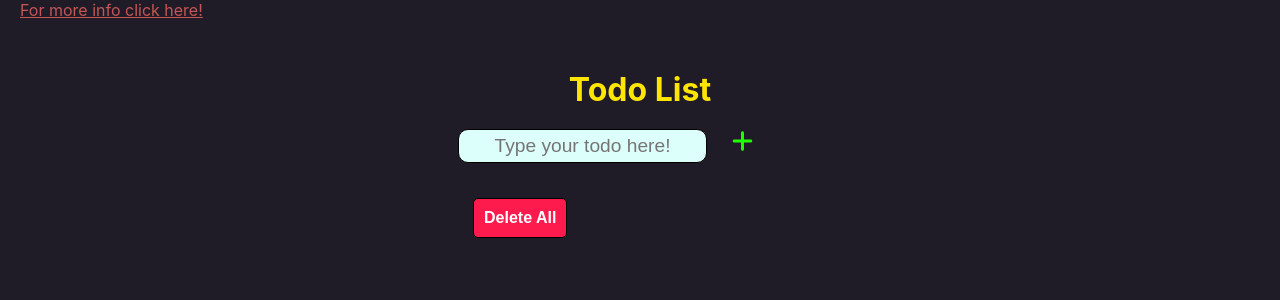
Repository: badhon252/todo-app
Page: /
The author's editor kept a copy of each file at every save. The page is drawn from the files as they stood at one save, then again after the next save.
The browser window is 1280 px wide. The pictures show the whole page.
The project was rebuilt for these pictures with package versions that can differ from the ones it lists, and the page was loaded fresh each time.

Above is the page before, as saved 2022-01-26 23:14:48.

### public/index.html
<!DOCTYPE html>
<html lang="en">

<head>
  <meta charset="utf-8" />
  <link rel="icon" href="%PUBLIC_URL%/favicon.ico" />
  <meta name="viewport" content="width=device-width, initial-scale=1" />
  <meta name="theme-color" content="#000000" />
  <meta name="description" content="Web site created using create-react-app" />
  <link rel="apple-touch-icon" href="%PUBLIC_URL%/logo192.png" />

  <link rel="manifest" href="%PUBLIC_URL%/manifest.json" />

  <link rel="stylesheet" href="https://cdnjs.cloudflare.com/ajax/libs/font-awesome/5.15.4/css/all.min.css"
    integrity="sha512-1ycn6IcaQQ40/MKBW2W4Rhis/DbILU74C1vSrLJxCq57o941Ym01SwNsOMqvEBFlcgUa6xLiPY/NS5R+E6ztJQ=="
    crossorigin="anonymous" referrerpolicy="no-referrer" />
  <title>React App</title>
</head>

<body>
  <noscript>You need to enable JavaScript to run this app.</noscript>
  <div id="root"></div>
  <!--
      This HTML file is a template.
      If you open it directly in the browser, you will see an empty page.

      You can add webfonts, meta tags, or analytics to this file.
      The build step will place the bundled scripts into the <body> tag.

      To begin the development, run `npm start` or `yarn start`.
      To create a production bundle, use `npm run build` or `yarn build`.
    -->
</body>

</html>

### src/App.js
import Todo from "./components/Todo";

function App() {
  return (
    <div className="App">
      <Todo />
    </div>
  );
}

export default App;

### src/components/Todo.js
import React, { useState, useEffect } from "react";
import { FontAwesomeIcon } from "@fortawesome/react-fontawesome";
import { faTrash, faEdit, faAdd } from "@fortawesome/free-solid-svg-icons";
import "../Styles/style.css";

const getLocalData = () => {
  const lists = localStorage.getItem("myTodoLists");

  if (lists) {
    return JSON.parse(lists);
  } else {
    return [];
  }
};

const Todo = () => {
  const [inputItems, setInputItems] = useState("");
  const [todo, setTodo] = useState(getLocalData());
  const [isEditItem, setIsEditItem] = useState("");
  const [toggleButton, setToggleButton] = useState(false);
  //   Adding Items ============
  const addItems = () => {
    if (!inputItems) {
      alert("Your input field is blank!!");
    } else if (inputItems && toggleButton) {
      setTodo(
        todo.map((curElem) => {
          if (curElem.id === isEditItem) {
            return { ...curElem, name: inputItems };
          }
          return curElem;
        })
      );
      setInputItems("");
      setIsEditItem(null);
      setToggleButton(false);
    } else {
      const myNewInput = {
        id: new Date().getTime().toString(),
        name: inputItems,
      };
      setTodo((e) => [...todo, myNewInput]);
      setInputItems("");
    }
  };

  //   edit items =======
  const editItem = (index) => {
    const itemTodoEdited = todo.find((curElem) => {
      return curElem.id === index;
    });
    setInputItems(itemTodoEdited.name);
    setIsEditItem(index);
    setToggleButton(true);
  };

  //   Deleting items ==========

  const handleDelete = (index) => {
    const updateItems = todo.filter((current) => {
      return current.id !== index;
    });
    setTodo(updateItems);
  };

  useEffect(() => {
    localStorage.setItem("myTodoLists", JSON.stringify(todo));
  }, [todo]);

  return (
    <>
      <div>
        <a href="https://github.com/khalidhossainbadhon/todo-app">
          For more info click here!
        </a>
      </div>

      <div className="main-div">
        <h1>Todo List</h1>
        <div className="inputs">
          <input
            type="text"
            name=""
            id="input-box"
            placeholder="Type your todo here!"
            value={inputItems}
            onChange={(e) => setInputItems(e.target.value)}
          />
          {toggleButton ? (
            <FontAwesomeIcon
              icon={faEdit}
              size="6x"
              className="add-btn edit"
              onClick={addItems}
            />
          ) : (
            <FontAwesomeIcon
              icon={faAdd}
              className="add-btn"
              onClick={addItems}
            />
          )}

          {/* <button type="submit" className="add-btn" onClick={addItems}>
          Add
        </button> */}
        </div>
        {/* showing items =============== */}
        <div className="show-items">
          {todo.map((currentItems) => {
            return (
              <div key={currentItems.id}>
                <li className="todo-item">
                  {currentItems.name}
                  <FontAwesomeIcon
                    icon={faEdit}
                    className="icon edit"
                    onClick={() => editItem(currentItems.id)}
                  />
                  <FontAwesomeIcon
                    icon={faTrash}
                    className="icon delete"
                    onClick={() => handleDelete(currentItems.id)}
                  />
                </li>
              </div>
            );
          })}
          <input
            type="button"
            value="Delete All"
            className="delete-all"
            onClick={() => setTodo([])}
          />
        </div>
      </div>
    </>
  );
};

export default Todo;

### src/Styles/style.css
* {
  margin: 0;
  padding: 0;
  background-color: #201c27;
}

.main-div {
  padding-top: 50px;
  margin: auto;
  /* text-align: center; */
  width: 24rem;
}
h1 {
  color: #ffe600;
  text-align: center;
}
a {
  color: rgb(196, 86, 86);
  padding: 20px;
}
#input-box {
  color: #000000;
  padding: 5px 0;
  font-size: 1.2rem;
  border: 1px solid rgb(0, 0, 0);
  background-color: #ddfffb;
  border-radius: 10px;
  text-align: center;
}
.inputs {
  margin: 10px;
}

.add-btn {
  padding: 10px;
  /* background-color: rgb(0, 225, 255); */
  color: rgb(30, 255, 0);
  /* border: 1px solid rgb(0, 0, 0); */
  font-weight: bolder;
  font-size: 1.5rem;
  border-radius: 4px;
  cursor: pointer;
  margin: 0 0 -8px 15px;
}

.icon {
  margin: 0 10px;
  border-radius: 5px;
  cursor: pointer;
  text-align: right;
  /* background-color: rgb(0, 255, 34); */
  /* color: rgb(0, 0, 0); */
  /* border: 1px solid black; */
  /* font-weight: 700; */
}

.todo-item {
  /* background-color: #5b0080; */
  padding: 5px;
  color: white;
  font-size: 20px;
  font-weight: 700;
}

.edit {
  color: rgb(0, 255, 0);
  margin-left: 15px;
}
.delete {
  color: red;
}

.delete-all {
  background-color: rgb(252, 27, 76);
  color: rgb(255, 255, 255);
  font-weight: 600;
  border: 1px solid black;
  border-radius: 5px;
  font-size: 1rem;
  padding: 10px;
  margin: 25px;
  cursor: pointer;
}
li {
  background-color: #5f00cc;
  margin: 2px;
}

Loaded but not shown: src/index.js (common file); src/index.css (common file); src/reportWebVitals.js (common file)

After the next save:
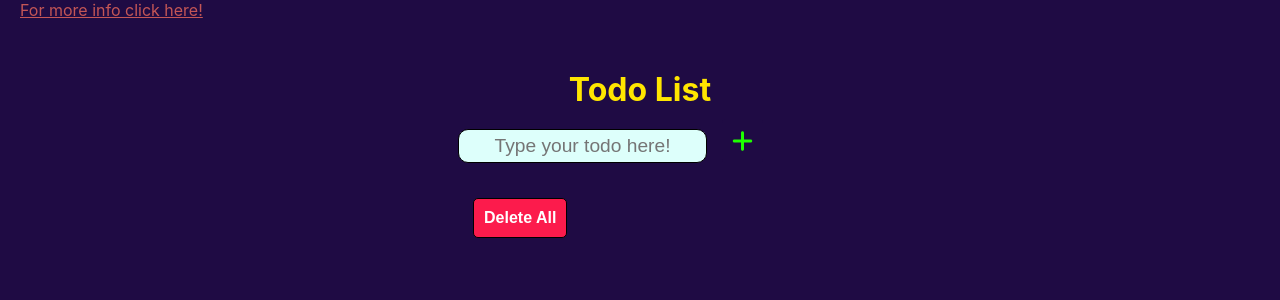
Saved 10 s later.
--- a/src/Styles/style.css
+++ b/src/Styles/style.css
@@ -1,7 +1,7 @@
 * {
   margin: 0;
   padding: 0;
-  background-color: #201c27;
+  background-color: #1f0b44;
 }
 
 .main-div {
